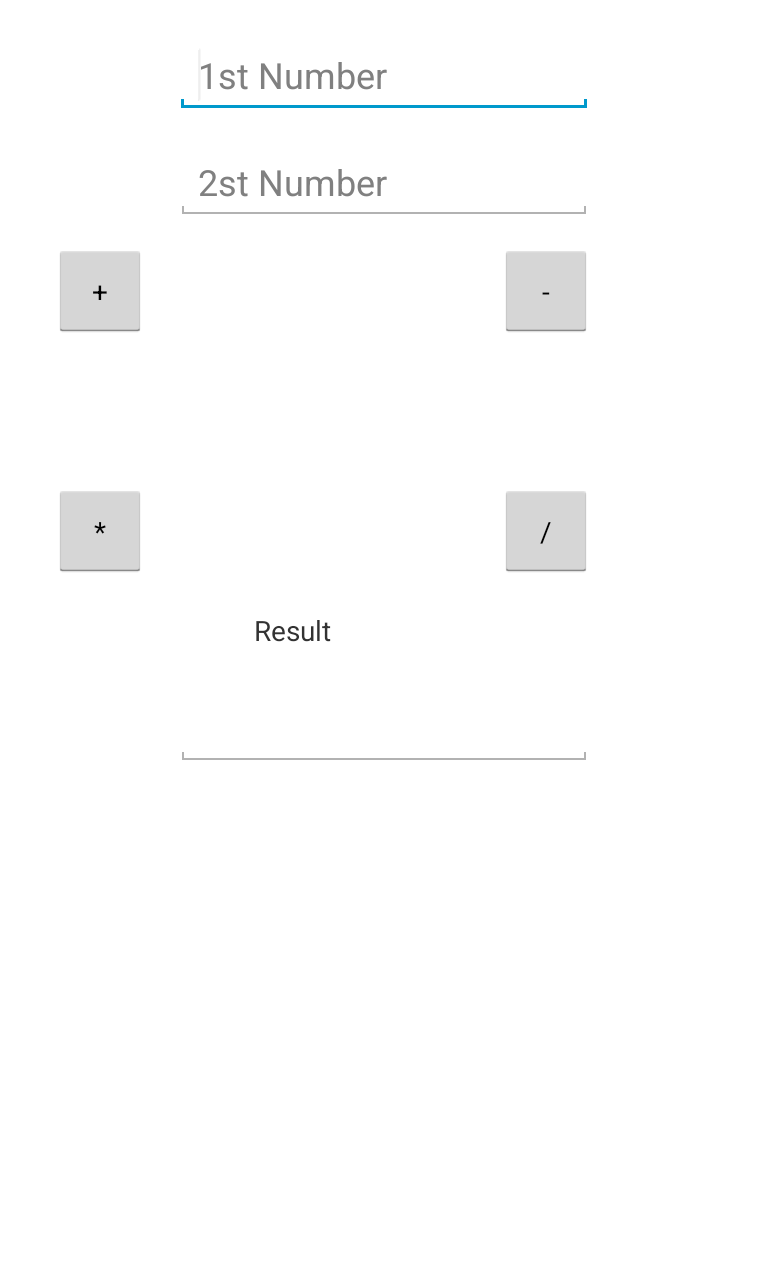
Repository: ujwalp15/Workshop_Apps
Layout: Pandora/Calc/res/layout/activity_main.xml
An editor plug-in stored every save of this project. The layout is shown before and after the next save, followed by the edit.
It is drawn on a 768 x 1280 px phone screen (xhdpi) without system bars, with theme AppTheme; the app's code is not run.

Above is the layout before, as saved 2016-02-18 09:55:23.

After the next save:
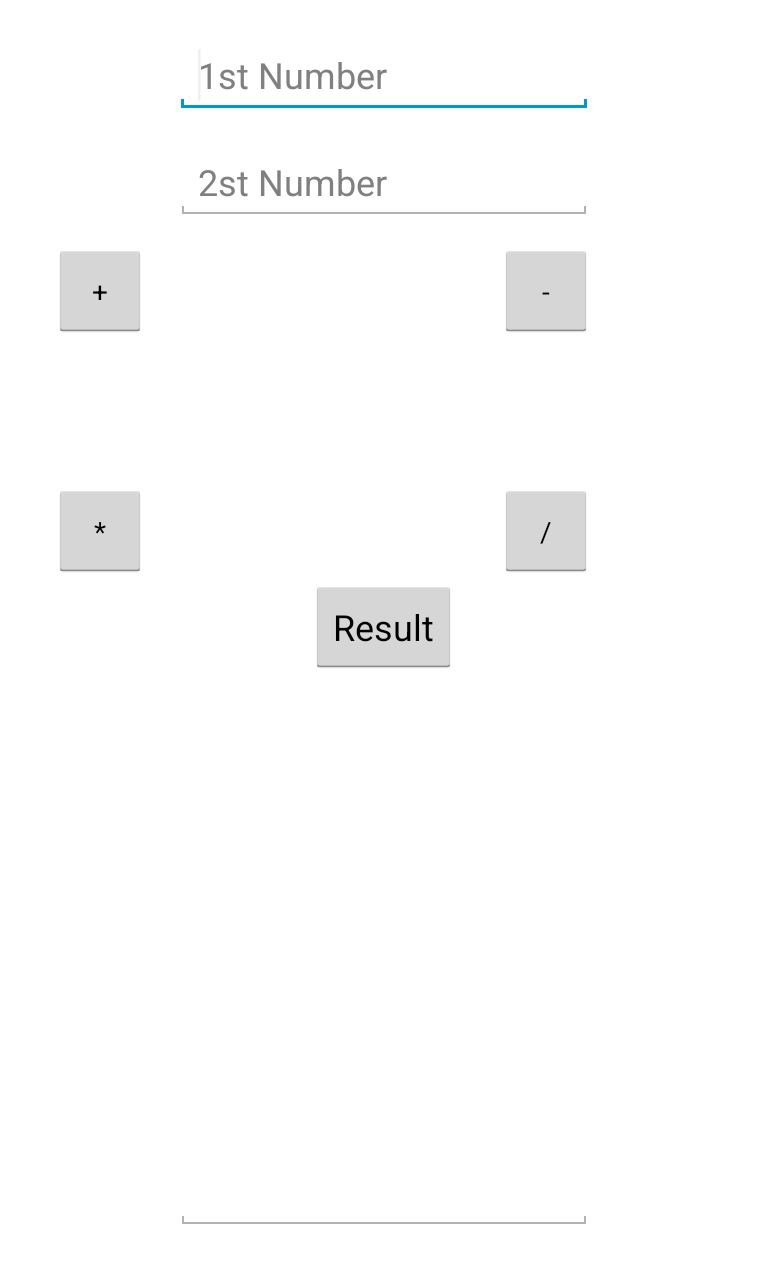
Saved 30 s later.
--- a/Pandora/Calc/res/layout/activity_main.xml
+++ b/Pandora/Calc/res/layout/activity_main.xml
@@ -69,24 +69,22 @@
         android:layout_alignLeft="@+id/button2"
         android:text="/" />
 
-    <TextView
-        android:id="@+id/textView1"
-        android:layout_width="wrap_content"
-        android:layout_height="wrap_content"
-        android:layout_below="@+id/button3"
-        android:layout_marginLeft="53dp"
-        android:layout_marginTop="16dp"
-        android:layout_toRightOf="@+id/button3"
-        android:text="Result" />
-
     <EditText
         android:id="@+id/editText3"
         android:layout_width="wrap_content"
         android:layout_height="wrap_content"
-        android:layout_below="@+id/textView1"
-        android:layout_centerHorizontal="true"
-        android:layout_marginTop="20dp"
+        android:layout_alignParentBottom="true"
+        android:layout_alignRight="@+id/button4"
+        android:layout_marginBottom="24dp"
         android:ems="10"
         android:inputType="numberDecimal" />
 
+    <Button
+        android:id="@+id/button5"
+        android:layout_width="wrap_content"
+        android:layout_height="wrap_content"
+        android:layout_below="@+id/button4"
+        android:layout_centerHorizontal="true"
+        android:text="Result" />
+
 </RelativeLayout>
